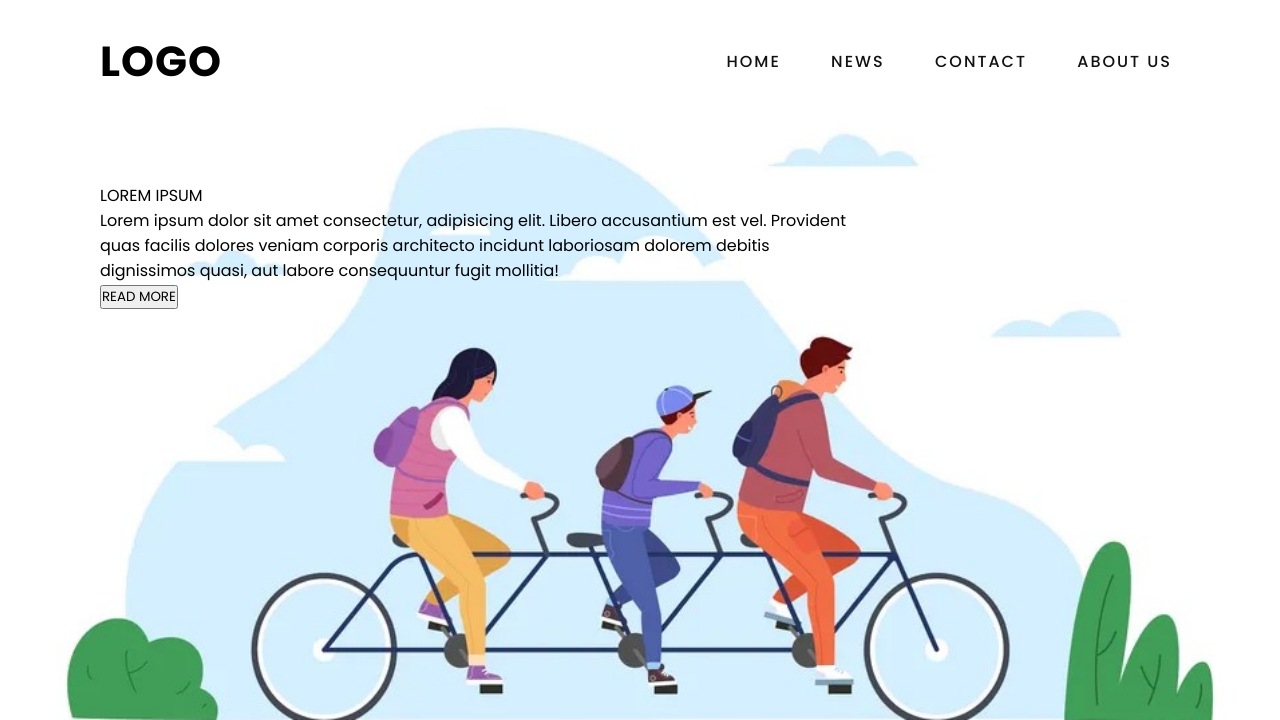
Repository: nganha241/1806
Page: index.html
An editor plug-in stored every save of this project. The page is shown before and after the next save, followed by the edit.
The browser window is 1280 px wide. The pictures show the whole page.

Above is the page before, as saved 2022-06-18 15:48:31.

### index.html
<!DOCTYPE html>
<html lang="en">
  <head>
    <meta charset="UTF-8" />
    <meta http-equiv="X-UA-Compatible" content="IE=edge" />
    <meta name="viewport" content="width=device-width, initial-scale=1.0" />
    <title>Document</title>
    <link rel="stylesheet" href="style.css" />
  </head>
  <body>
    <section>
      <header>
        <div class="logo">
          <h2>Logo</h2>
        </div>
        <div class="navigation">
          <a href="#">Home</a>
          <a href="#">News</a>
          <a href="#">Contact</a>
          <a href="#">About us</a>
        </div>
      </header>
      <div class="content">
        <div class="title">LOREM IPSUM</div>
        <p>
          Lorem ipsum dolor sit amet consectetur, adipisicing elit. Libero
          accusantium est vel. Provident quas facilis dolores veniam corporis
          architecto incidunt laboriosam dolorem debitis dignissimos quasi, aut
          labore consequuntur fugit mollitia!
        </p>
        <button class="btn-more">READ MORE</button>
      </div>
    </section>
  </body>
</html>

### style.css
@import url('https://fonts.googleapis.com/css2?family=Poppins:wght@300;400;500;600;700;800;900&display=swap');

* {
    box-sizing: border-box;
    padding: 0;
    margin: 0;
    font-family: 'Poppins', sans-serif;
}

a {
    text-decoration: none;
}

section {
    width: 100%;
    min-height: 100vh;
    display: flex;
    flex-direction: column;
    justify-content: flex-start;
    background: url('./bg.jpg');
    background-size: cover;
    background-position: center;
}

section header {
    position: relative;
    top: 0;
    width: 100%;
    padding: 30px 100px;
    display: flex;
    justify-content: space-between;
    align-items: center;
}

.logo {
    position: relative;
    font-size: 28px;
    letter-spacing: 1px;
    cursor: pointer;
    text-transform: uppercase;
}

.navigation a{
   letter-spacing: 2px;
   background: none;
   padding: 5px 8px;
   text-transform: uppercase;
   font-weight: 500;
   border-radius: 20px;
   color: #111;
   transition: 0.4s;
    transition-property: background;
}

.navigation a:not(:last-child) {
    margin-right: 30px;
}

.navigation a:hover {
    color: #fff;
    background: rgb(102, 167, 252);
    transition: 0.4s;
}

.content {
    margin: 60px 100px;
    width: 60%;
}

After the next save:
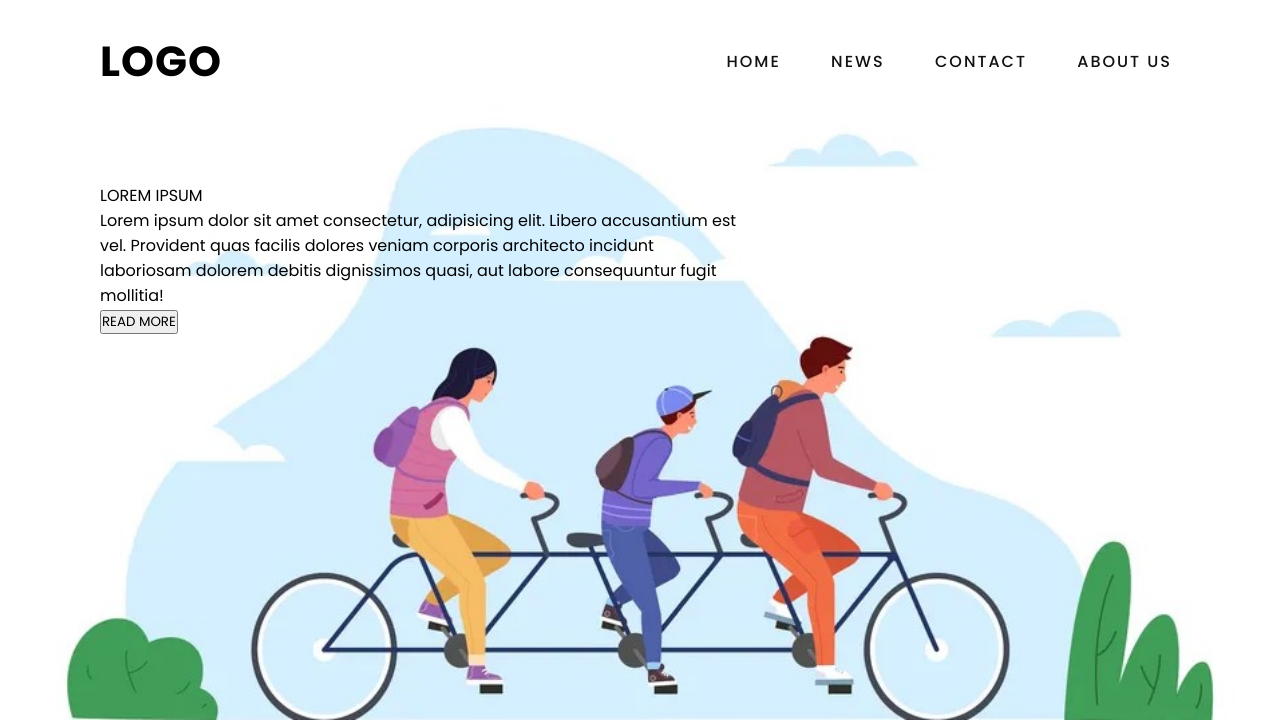
Saved 7 s later.
--- a/style.css
+++ b/style.css
@@ -64,5 +64,5 @@ section header {
 
 .content {
     margin: 60px 100px;
-    width: 60%;
+    width: 50%;
 }
